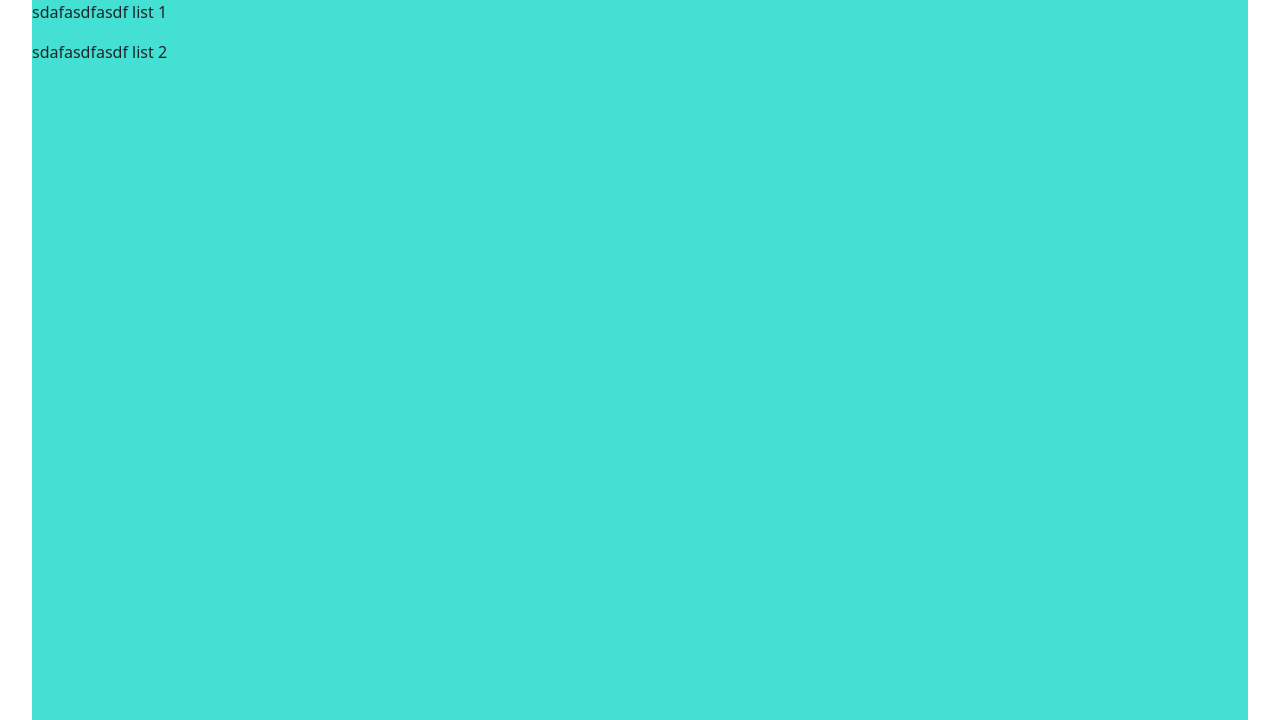
Repository: collegedude9300/zenstationnext
Page: /Quotes
These files come from the project's save history. The page is drawn as it stood at one moment and after a run of saves; the edit follows.
The browser window is 1280 px wide. The pictures show the whole page.
The project was rebuilt for these pictures with package versions that can differ from the ones it lists, and the page was loaded fresh each time. The framework's server and built-in components were replaced by stand-ins that run in the browser. Also part of the build but not shown: next.config.js.

Above is the page before, as saved 2022-10-09 10:34:20.

### pages/Quotes.js
import Head from 'next/head'
import Image from 'next/image'
import styles from '../styles/Home.module.css'
import 'bootstrap/dist/css/bootstrap.css'
export default function MenuNature() {
return (
    <div className={styles.container}>
      <Head>
        <title>About</title>
        <meta name="description" content="Generated by create next app" />
        <link rel="icon" href="/favicon.ico" />
      </Head>
      <main className={styles.pages}>
<p>sdafasdfasdf list 1</p>
<p>sdafasdfasdf list 2</p>
</main>
</div>
)}

### styles/Home.module.css
.container {
  padding: 0 2rem;
}
.pages{
  background-color: #43e0d3;
  min-height: 100vh;
}
.main {
  min-height: 100vh;
  padding: 4rem 0;
  flex: 1;
  display: flex;
  flex-direction: column;
  justify-content: center;
  align-items: center;
}

.footer {
  display: flex;
  flex: 1;
  padding: 2rem 0;
  border-top: 1px solid #eaeaea;
  justify-content: center;
  align-items: center;
}

.footer a {
  display: flex;
  justify-content: center;
  align-items: center;
  flex-grow: 1;
}

.title a {
  color: #0070f3;
  text-decoration: none;
}

.title a:hover,
.title a:focus,
.title a:active {
  text-decoration: underline;
}

.title {
  margin: 0;
  line-height: 1.15;
  font-size: 4rem;
}

.title,
.description {
  text-align: center;
}

.description {
  margin: 4rem 0;
  line-height: 1.5;
  font-size: 1.5rem;
}

.code {
  background: #fafafa;
  border-radius: 5px;
  padding: 0.75rem;
  font-size: 1.1rem;
  font-family: Menlo, Monaco, Lucida Console, Liberation Mono, DejaVu Sans Mono,
    Bitstream Vera Sans Mono, Courier New, monospace;
}

.grid {
  display: flex;
  align-items: center;
  justify-content: center;
  flex-wrap: wrap;
  max-width: 800px;
}

.card {
  margin: 1rem;
  padding: 1.5rem;
  text-align: left;
  color: inherit;
  text-decoration: none;
  border: 1px solid #eaeaea;
  border-radius: 10px;
  transition: color 0.15s ease, border-color 0.15s ease;
  max-width: 300px;
}

.card:hover,
.card:focus,
.card:active {
  color: #0070f3;
  border-color: #0070f3;
}

.card h2 {
  margin: 0 0 1rem 0;
  font-size: 1.5rem;
}

.card p {
  margin: 0;
  font-size: 1.25rem;
  line-height: 1.5;
}

.logo {
  height: 1em;
  margin-left: 0.5rem;
}

@media (max-width: 600px) {
  .grid {
    width: 100%;
    flex-direction: column;
  }
}

@media (prefers-color-scheme: dark) {
  .card,
  .footer {
    border-color: #222;
  }
  .code {
    background: #111;
  }
  .logo img {
    filter: invert(1);
  }
}

Loaded but not shown: pages/_app.js (common file); styles/globals.css (common file)

After the next 3 saves:
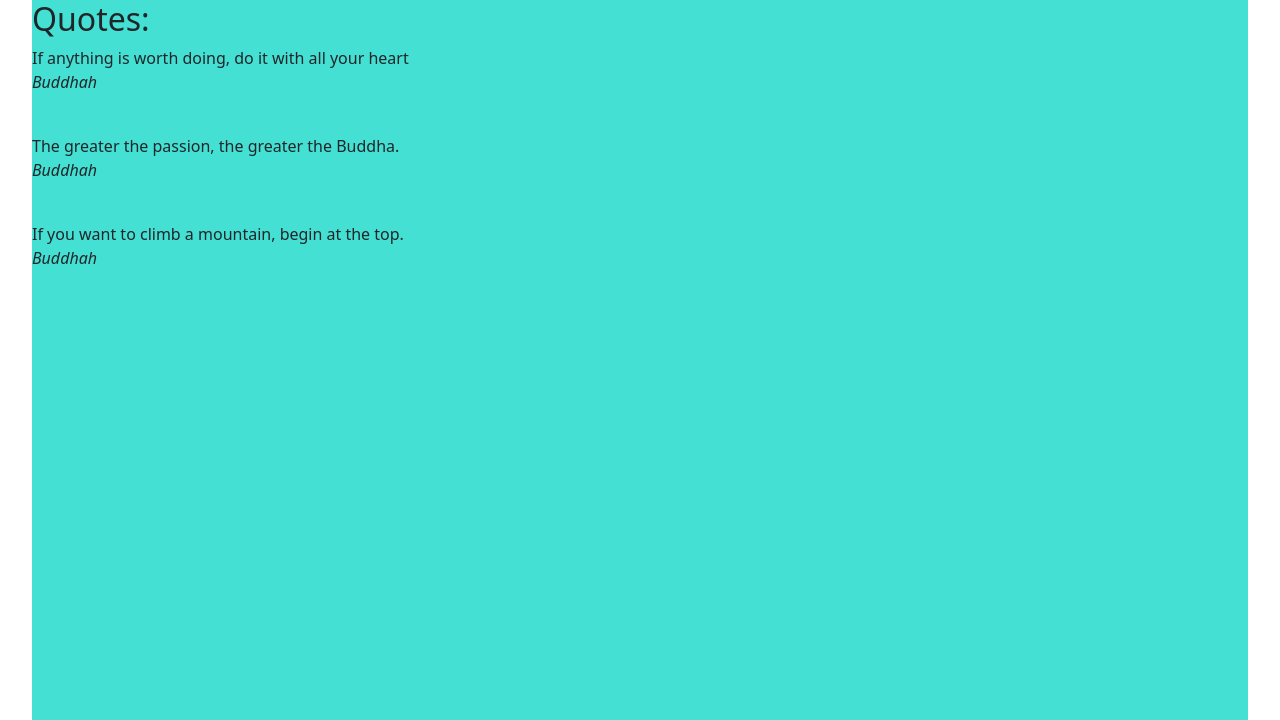
The 3 saves are shown as one change because 2 did not build or start.
The last was saved 2 min 14 s later.
--- a/pages/Quotes.js
+++ b/pages/Quotes.js
@@ -2,7 +2,7 @@ import Head from 'next/head'
 import Image from 'next/image'
 import styles from '../styles/Home.module.css'
 import 'bootstrap/dist/css/bootstrap.css'
-export default function MenuNature() {
+export default function Quotes() {
 return (
     <div className={styles.container}>
       <Head>
@@ -11,8 +11,29 @@ return (
         <link rel="icon" href="/favicon.ico" />
       </Head>
       <main className={styles.pages}>
-<p>sdafasdfasdf list 1</p>
-<p>sdafasdfasdf list 2</p>
+      <h2> Quotes: </h2>
+<div/>
+<blockquote>
+If anything is worth doing, do it with all your heart
+<footer>
+<cite>Buddhah</cite>
+</footer>
+</blockquote>
+<br/>
+<blockquote>
+The greater the passion, the greater the Buddha.
+<footer>
+<cite>Buddhah</cite>
+</footer>
+</blockquote>
+<br/>
+<blockquote>
+If you want to climb a mountain, begin at the top.
+<footer>
+<cite>Buddhah</cite>
+</footer>
+</blockquote>
+<br/>
 </main>
 </div>
 )}
